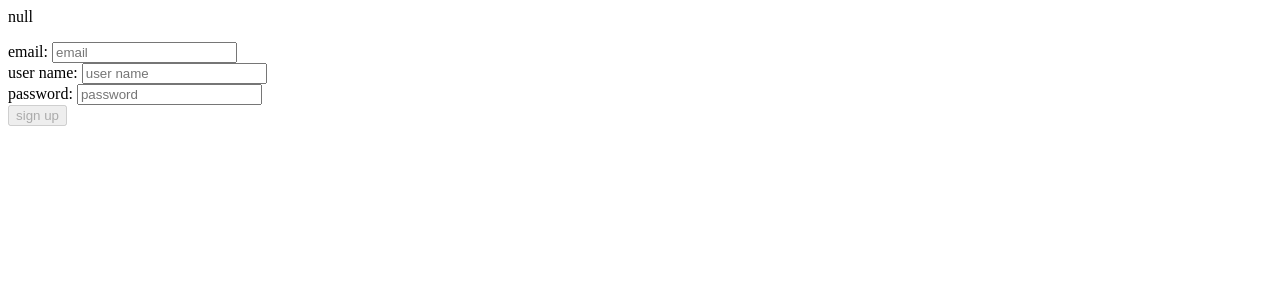
Repository: UnforgivenZZZ/bulldog
Page: http://localhost/bulldog/regist.jsp
An editor plug-in stored every save of this project. The page is shown before and after the next save, followed by the edit.
The browser window is 1280 px wide. The pictures show the whole page.
The page is served by Tomcat 9. Other server files are loaded and not shown.

Above is the page before, as saved 2017-07-08 20:53:42.

### bulldog/WebContent/regist.jsp
<%@ page language="java" contentType="text/html; charset=UTF-8"
    pageEncoding="UTF-8"%>
<!DOCTYPE html PUBLIC "-//W3C//DTD HTML 4.01 Transitional//EN" "http://www.w3.org/TR/html4/loose.dtd">
<html>
<head>
<meta http-equiv="Content-Type" content="text/html; charset=UTF-8">
<title>Insert title here</title>
</head>
<body>

<% if( session.getAttribute("err") != null)
		%> <p style="color:red;"> <%=session.getAttribute("err")%></p>

<form action="register" method="post" name="signform">

email:  <input id="email" type="text" placeholder="email" name="contact" onKeyup="checkform()"><br>
user name:  <input id="user_name" type="text" placeholder="user name" name="username" onKeyup="checkform()"><br>
password: <input type="text" placeholder="password" name="pin" onKeyup="checkform()"><br>

<input type="submit" id="registerbtn" disabled="disabled" value="sign up">

</form>


</body>
</html>

<script type="text/javascript" language="javascript">

function checkform(){
	var fm = document.forms["signform"].elements;
	var can_submit = (fm[0].value.length > 0) && (fm[1].value.length >= 3 && fm[1].value.length <= 30) && (fm[2].value.length >= 5 && fm[2].value.length <= 15);
	document.getElementById("registerbtn").disabled = !can_submit;

}
</script>

After the next save:
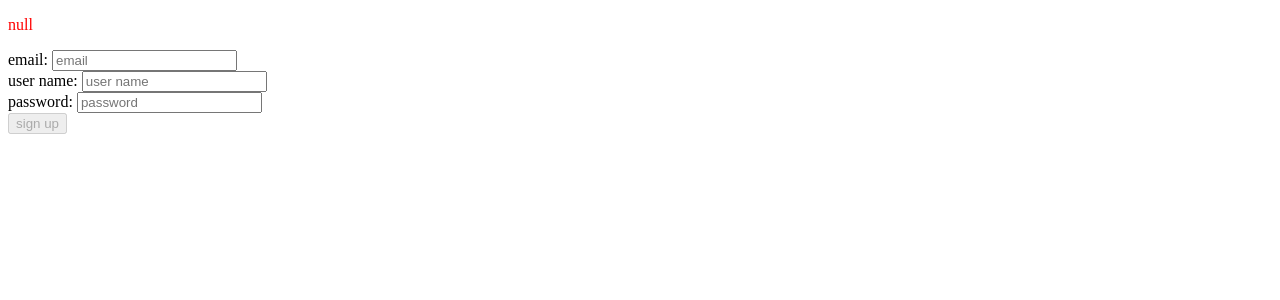
Saved 16 s later.
--- a/bulldog/WebContent/regist.jsp
+++ b/bulldog/WebContent/regist.jsp
@@ -8,7 +8,7 @@
 </head>
 <body>
 
-<% if( session.getAttribute("err") != null)
+<% if( session.getAttribute("err") == null)
 		%> <p style="color:red;"> <%=session.getAttribute("err")%></p>
 
 <form action="register" method="post" name="signform">
